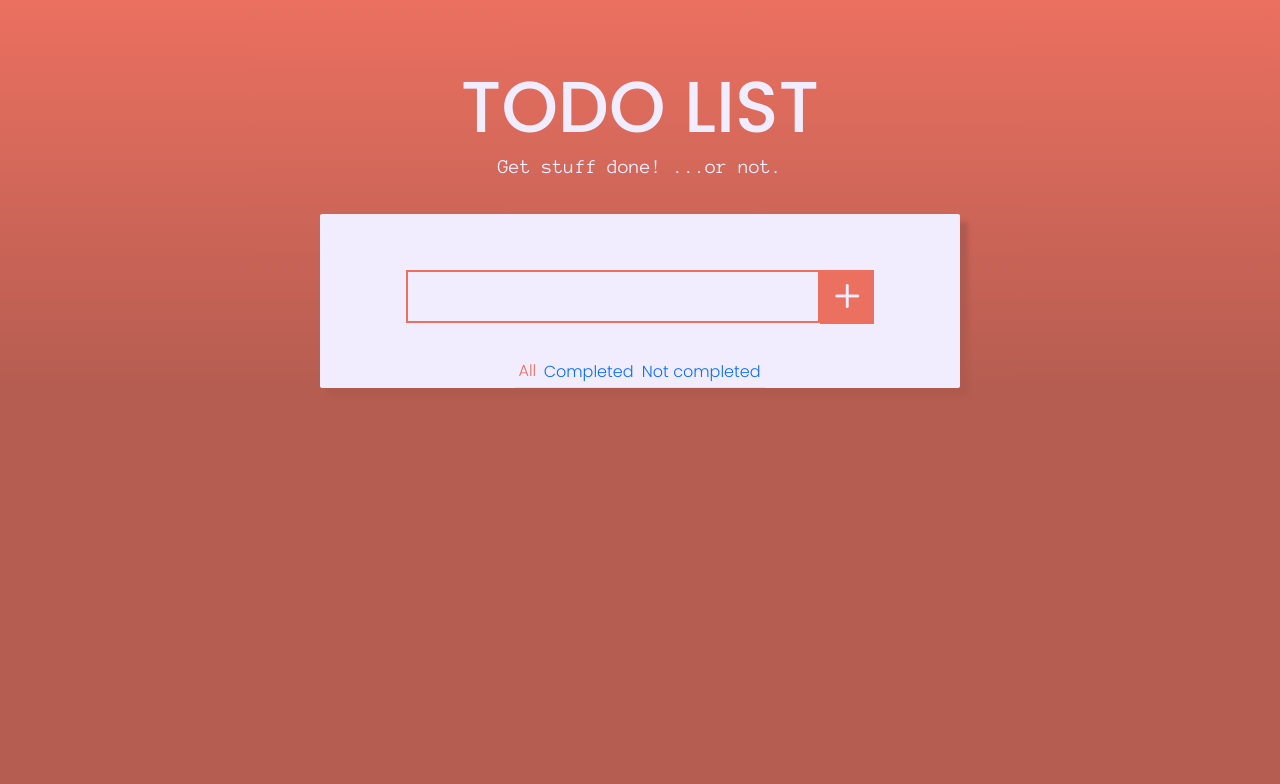
Repository: zum281/todo-list
Page: index.html
These files come from the project's save history. The page is drawn as it stood at one moment and after the next save; the edit follows.
The browser window is 1280 px wide. The pictures show the whole page.
Some web libraries are served in a nearby version. The style sheet was rebuilt from its Sass, Less or Tailwind sources for each picture, by a compiler version that may differ from the author's.

Above is the page before, as saved 2021-03-07 14:58:53.

After the next save:
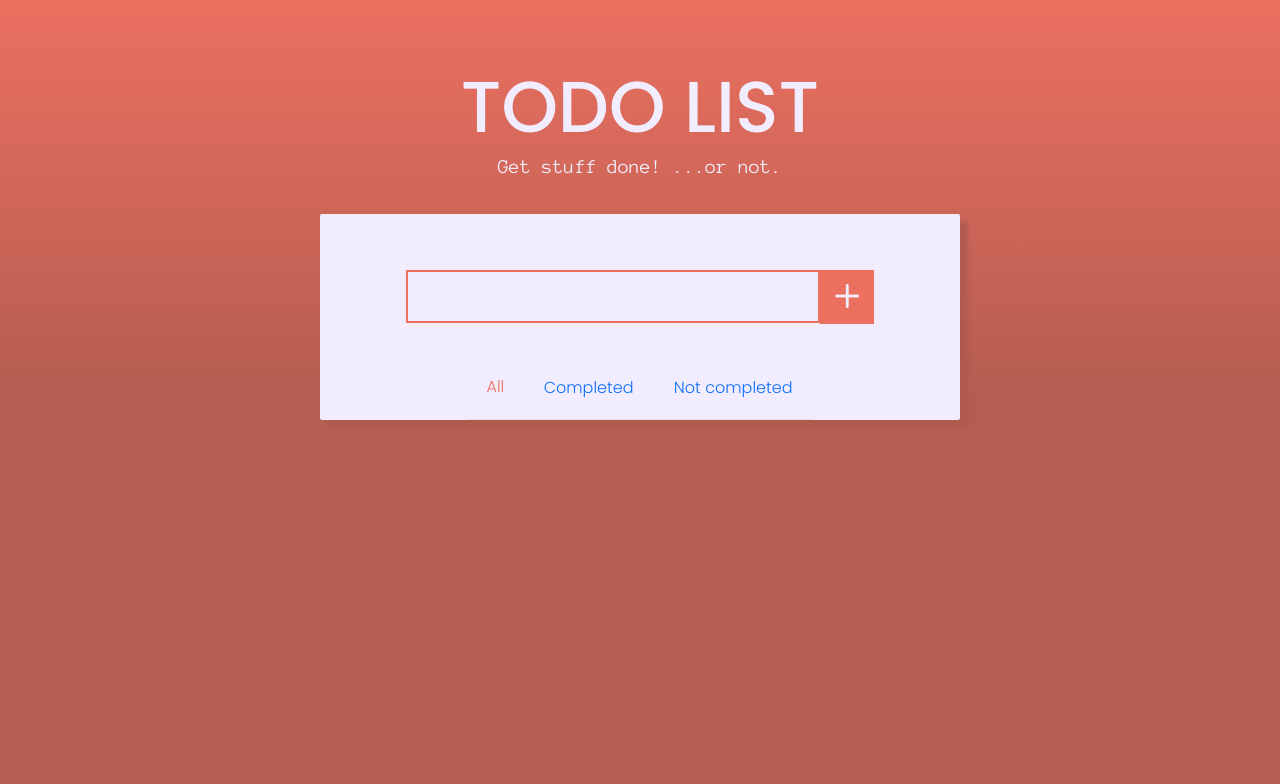
Saved 7 s later.
--- a/sass/main.scss
+++ b/sass/main.scss
@@ -119,7 +119,7 @@ p {
             cursor: pointer;
             transition: none !important;
             background: transparent;
-            padding: 0.2rem !important;
+            padding: 1.2rem !important;
         }
         .nav-link.active {
             color: $primary-orange;
